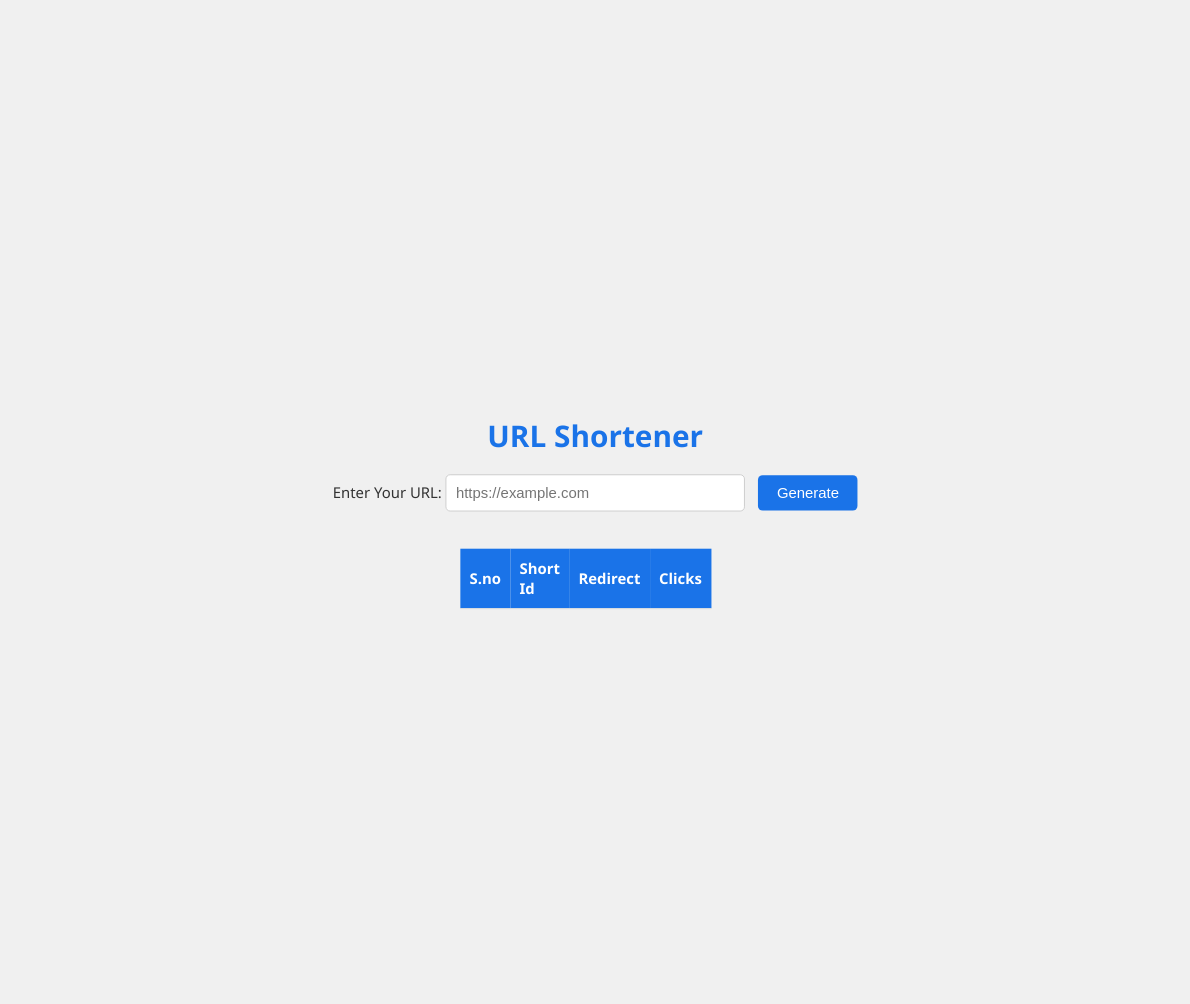
Repository: Mohitkumar1322/URL-Shortner
Page: http://localhost/test
An editor plug-in stored every save of this project. The page is shown before and after the next save, followed by the edit.
The browser window is 1280 px wide. The pictures show the whole page, at 93% of full size.
The page is served by the project's Node server (index.js). Other server files are loaded and not shown. Queries for data that is not in the repository find no rows.

Above is the page before, as saved 2024-07-14 22:33:32.

### views/home.ejs
<!DOCTYPE html>
<html lang="en">
<head>
    <meta charset="UTF-8">
    <meta name="viewport" content="width=device-width, initial-scale=1.0">
    <title>URL Shortener</title>
    <style>
        body {
            font-family: 'Segoe UI', Tahoma, Geneva, Verdana, sans-serif;
            background-color: #f0f0f0; /* Light grey background */
            color: #333; /* Dark grey text */
            margin: 0;
            padding: 0;
            display: flex;
            flex-direction: column;
            align-items: center;
            justify-content: center;
            height: 150vh;
        }

        h1 {
            margin-bottom: 20px;
            color: #1a73e8; /* Google Blue */
        }

        form {
            margin-bottom: 20px;
        }

        input[type="text"] {
            padding: 10px;
            font-size: 16px;
            border: 1px solid #ccc;
            border-radius: 5px;
            width: 300px;
            margin-right: 10px;
        }

        button {
            padding: 10px 20px;
            font-size: 16px;
            background-color: #1a73e8; /* Google Blue */
            color: white;
            border: none;
            border-radius: 5px;
            cursor: pointer;
        }

        table {
            width: 80%;
            border-collapse: collapse;
            margin-top: 20px;
        }

        th, td {
            padding: 10px;
            text-align: left;
            border-bottom: 1px solid #ddd;
        }

        th {
            background-color: #1a73e8; /* Google Blue */
            color: white;
        }

        tr:nth-child(even) {
            background-color: #f2f2f2; /* Light grey background for even rows */
        }
    </style>
</head>
<body>
    <h1>URL Shortener</h1>

    <% if (locals.id) { %>
        <p>URL Generated: <a href="http://localhost:8001/url/<%= id %>">http://localhost:8001/url/<%= id %></a></p>
    <% } %>

    <div>
        <form method="POST" action="/url">
            <label for="urlInput">Enter Your URL:</label>
            <input type="text" id="urlInput" name="url" placeholder="https://example.com">
            <button type="submit">Generate</button>
        </form>
    </div>

    <div>
        <% if (locals.urls) { %>
            <table>
                <thead>
                    <tr>
                        <th>S.no</th>
                        <th>Short Id</th>
                        <th>Redirect</th>
                        <th>Clicks</th>
                    </tr>
                </thead>
                <tbody>
                    <% urls.forEach((url, index) => { %>
                        <tr>
                            <td><%= index + 1 %></td>
                            <td><%= url.shortId %></td>
                            <td><%= url.redirectURL %></td>
                            <td><%= url.visitHistory.length %></td>
                        </tr>
                    <% }); %>
                </tbody>
            </table>
        <% } %>
    </div>
</body>
</html>

### index.js
const express = require('express');
const path = require('path');

const { connectToMongoDB } = require('./connect');
const urlRoute = require('./routes/url');
const { connect } = require('mongoose');
const URL = require('./models/url');
const staticRouter = require('./routes/staticRouter');
const app = express();
const PORT = 8001;

connectToMongoDB('mongodb+srv://mohitkum1352:15364164@urlshortner.xh4pdly.mongodb.net/')
.then(() => console.log('Connected to MongoDB'))
.catch((err) => console.error(err));

app.set("view engine", "ejs");
app.set('views', path.resolve("views"));


app.use(express.json());
app.use(express.urlencoded({extended: false}));

app.use("/",staticRouter);



app.get("/test",async(req,res)=>{
    const allUrls = await URL.find({});
    return res.render('home',{
        urls: allUrls,
    });



});
app.use("/url", urlRoute);



app.get('/url/:shortId', async (req, res) => {
    const shortId = req.params.shortId;
    const entry = await URL.findOneAndUpdate({
        shortId,
    },{$push: {
        visitHistory: {timestamp: Date.now()}
    }});
    res.redirect(entry.redirectURL);

    });


app.listen(PORT, () => console.log(`Server is running on port ${PORT}`));

### connect.js
const mongoose = require('mongoose');
mongoose.set('strictQuery', true);

async function connectToMongoDB(url) {
    return mongoose.connect(url);
}

module.exports = {
    connectToMongoDB,
};

After the next save:
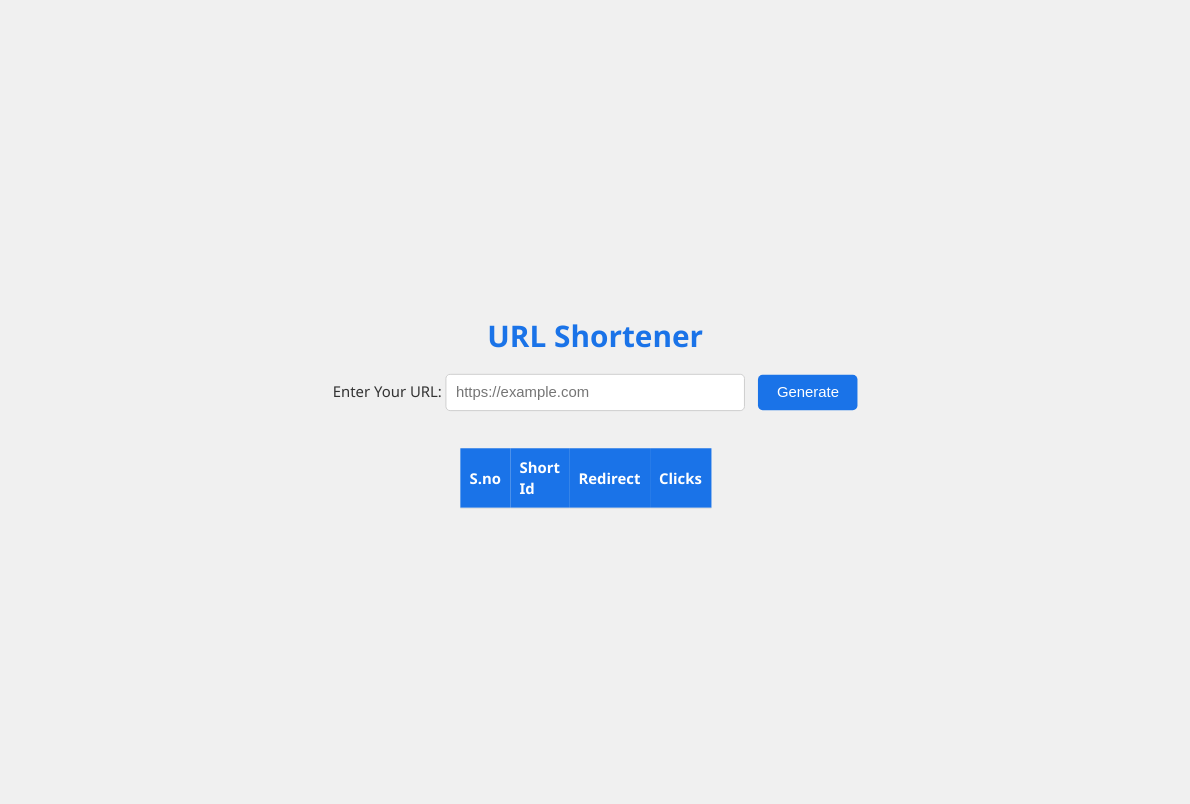
Saved 10 s later.
--- a/views/home.ejs
+++ b/views/home.ejs
@@ -15,7 +15,7 @@
             flex-direction: column;
             align-items: center;
             justify-content: center;
-            height: 150vh;
+            height: 120vh;
         }
 
         h1 {
